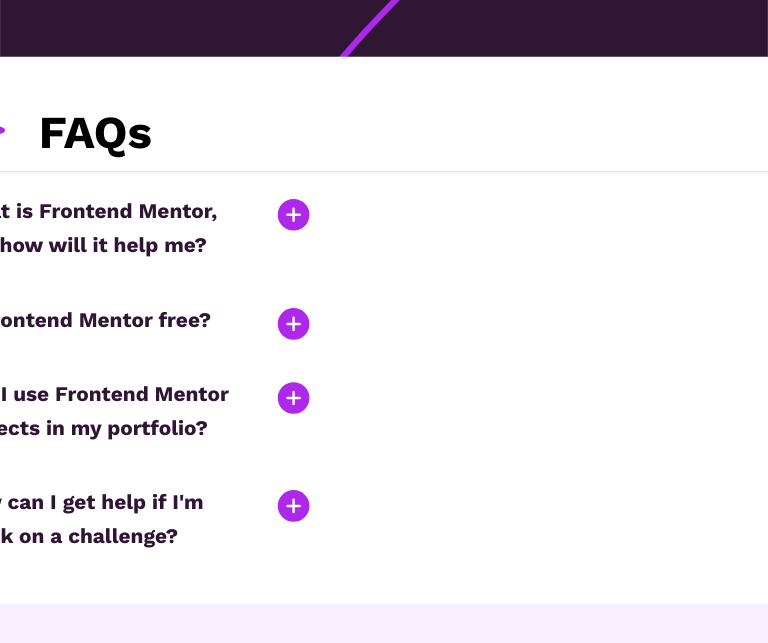
Repository: imokha01/accordion-main
Page: index.html
An editor plug-in stored every save of this project. The page is shown before and after a run of saves, followed by the edit.
The browser window is 768 px wide. The pictures show the whole page.

Above is the page before, as saved 2023-12-28 00:08:24.

After the next 2 saves:
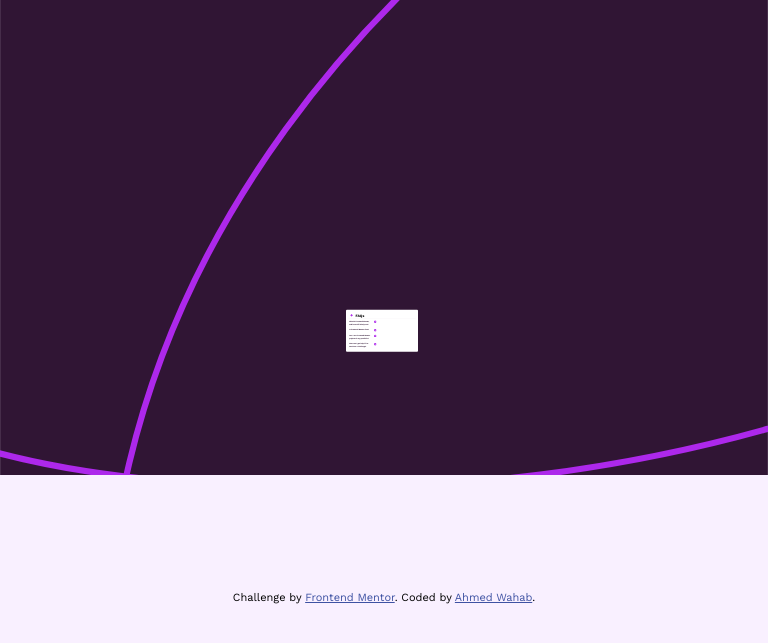
The 2 saves are shown as one change because they came seconds apart.
The last was saved 10 s later.
--- a/index.css
+++ b/index.css
@@ -143,7 +143,7 @@
         margin: 0;
     }
     main {
-        transform: scale(.1rem);
+        transform: scale(.1);
     }
     .wrapper, main {
         width: 100%;

After the save that followed:
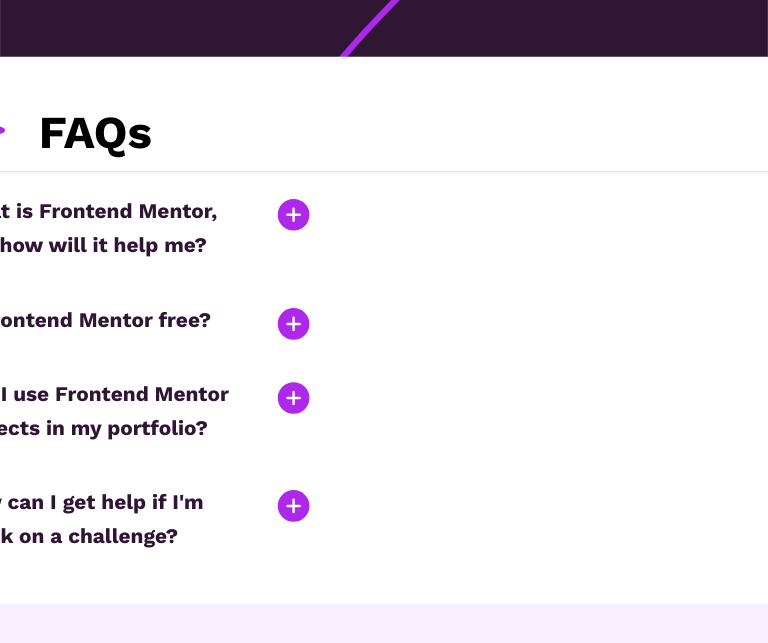
Saved 7 s later.
--- a/index.css
+++ b/index.css
@@ -143,7 +143,7 @@
         margin: 0;
     }
     main {
-        transform: scale(.1);
+        transform: scale(1rem);
     }
     .wrapper, main {
         width: 100%;
